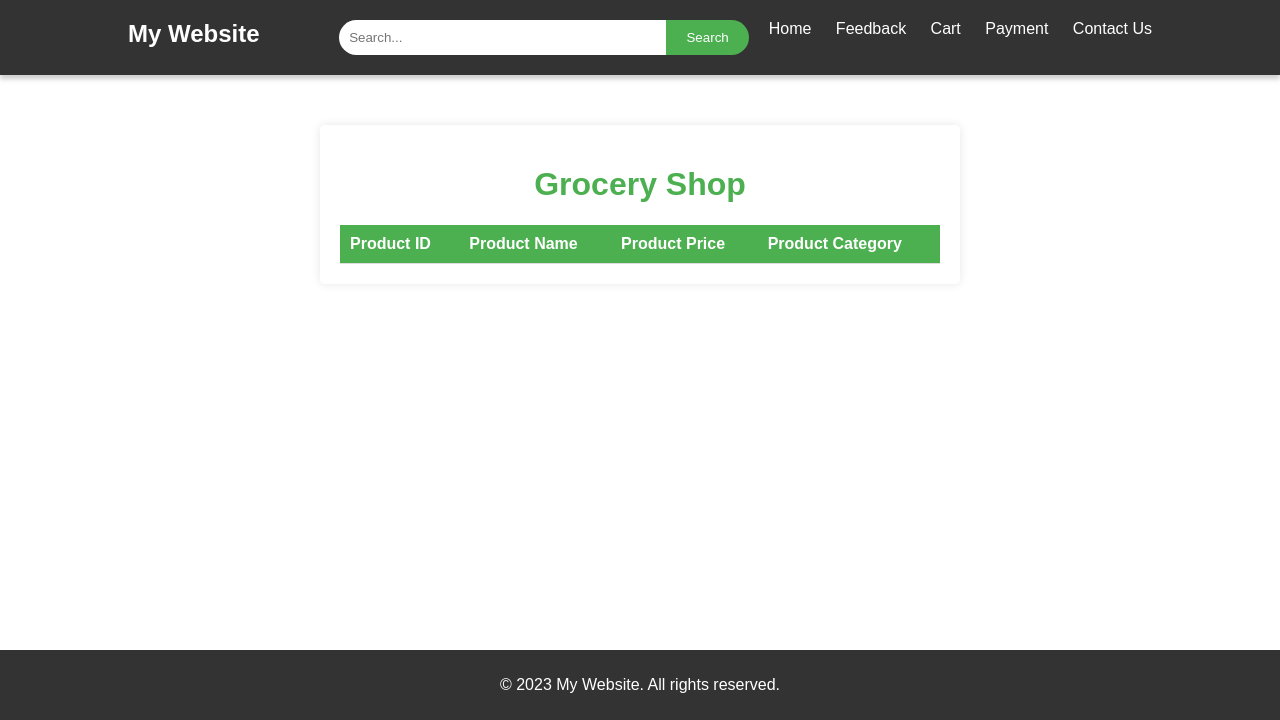
Repository: UrinduYatawakaa/OOP_project
Page: http://localhost/ProductDemo/categoryServlet
These files come from the project's save history. The page is drawn as it stood at one moment and after the next save; the edit follows.
The browser window is 1280 px wide. The pictures show the whole page.
The page is served by Tomcat 9. Other server files are loaded and not shown. Queries for data that is not in the repository find no rows.

Above is the page before, as saved 2023-10-23 22:07:47.

### oop project/ProductDemo/src/main/webapp/category.jsp
<%@ page language="java" contentType="text/html; charset=ISO-8859-1"
    pageEncoding="ISO-8859-1"%>
    <%@taglib prefix="c" uri="http://java.sun.com/jsp/jstl/core"%>

<!DOCTYPE html>
<html lang="en">

<head>
    <meta charset="UTF-8">
    <meta name="viewport" content="width=device-width, initial-scale=1.0">
    <link rel="stylesheet" href="css/stylesheader.css" type="text/css">
    <link rel="stylesheet" href="css/category.css" type="text/css">
    <title>Simple Grocery Cart</title>
</head>
<header>
    <div class="container">
        <h1>My Website</h1>
        <nav>
            <ul>
                <li><a href="#">Home</a></li>
                <li><a href="#">Feedback</a></li>
                <li><a href="#">Cart</a></li>
                <li><a href="#">Payment</a></li>
                <li><a href="#">Contact Us</a></li>
            </ul>
        </nav>
        <div class="search-bar">
            <form action="log" method="post">
                <input type="text" name="ProductName" placeholder="Search...">
                <input type="submit" name="submit" value="Search">
            </form>
        </div>

    </div>
</header>

<body>
    <div class="container2">
        <h1>Grocery Shop</h1>
        <table class="cart">
            <thead>
                <tr>
                    <th>Product ID</th>
                    <th>Product Name</th>
                    <th>Product Price</th>
                    <th>Product Category</th>
                </tr>
            </thead>
            <c:forEach var="product" items = "${productDetails}" >

            <c:set var="id" value="${product.id}"/>
            <c:set var="name" value="${product.name}"/>
            <c:set var="price" value="${product.price}"/>
            <c:set var="category" value="${product.category}"/>

            <tbody>
                <tr>
                    <td>${product.id}</td>
                    <td>${product.name}</td>
                    <td>${product.price}</td>
                    <td>${product.category}</td>
                </tr>

        </c:forEach>
        </tbody>

        </table>
    </div>
</body>
    <footer>
        <div class="container">
            <p>&copy; 2023 My Website. All rights reserved.</p>
        </div>
    </footer>


</html>

### oop project/ProductDemo/src/main/java/com/product/categoryServlet.java
package com.product;

import java.io.IOException;
import java.util.List;

import javax.servlet.RequestDispatcher;
import javax.servlet.ServletException;
import javax.servlet.annotation.WebServlet;
import javax.servlet.http.HttpServlet;
import javax.servlet.http.HttpServletRequest;
import javax.servlet.http.HttpServletResponse;

@WebServlet("/categoryServlet")
public class categoryServlet extends HttpServlet {
	private static final long serialVersionUID = 1L;

	protected void doGet(HttpServletRequest request, HttpServletResponse response) throws ServletException, IOException {
		String category = request.getParameter("category");

		List<Product> productDetails = ProductDBUtil.getCategory(category);
			request.setAttribute("productDetails", productDetails);

			RequestDispatcher dis = request.getRequestDispatcher("category.jsp");
			dis.forward(request, response);



	}
}

### oop project/ProductDemo/src/main/java/com/product/ProductDBUtil.java
package com.product;
import java.sql.Connection;
import java.sql.DriverManager;
import java.sql.PreparedStatement;
import java.sql.ResultSet;
import java.sql.Statement;
import java.util.ArrayList;
import java.util.List;


public class ProductDBUtil {

	private static boolean isSuccess;
	private static Connection con = null;
	private static Statement stmt = null;
	private static ResultSet rs = null;

	public static List<Product> getProduct (String name){

		ArrayList<Product> product = new ArrayList<>();



		try {
			//String sql = "select * from product_details where product_name='%''"+name+"''%'";
			con = DBConnect.getConnction();
			stmt = con.createStatement();
			String sql = "SELECT * FROM product_details WHERE product_name LIKE '%" + name + "%'";
			rs = stmt.executeQuery(sql);

			if(rs.next()) {
				int id = rs.getInt(1);
				String productName = rs.getString(2);
				double price = rs.getDouble(3);
				String category = rs.getString(4);

				Product p = new Product(id,productName,price,category);
				product.add(p);
			}

		} catch (Exception e) {
			e.printStackTrace();
		}



		return product;

	}

	public static boolean InsertProduct(String name, String price, String category) {

		boolean isSuccess = false;


		try {
			con = DBConnect.getConnction();
			stmt = con.createStatement();
            double Price = Double.parseDouble(price); // Convert the String to a double

			String sql = "insert into product_details values (0,'"+name+"','"+Price+"','"+category+"')";
			int rs = stmt.executeUpdate(sql); //update to query

			if(rs>0) {
				isSuccess = true;
			} else {
				isSuccess = false;
			}

		} catch (Exception e) {
			e.printStackTrace();
		}


		return isSuccess;
	}

	public static boolean updateProduct(String id, String name, String price, String category) {

		try {
			con = DBConnect.getConnction();
			stmt = con.createStatement();

			double Price = Double.parseDouble(price);

			String sql = "update product_details set product_name='"+name+"', product_price='"+Price+"', product_category='"+category+"' where idproduct_details='"+id+"'";
			int rs = stmt.executeUpdate(sql);

			if(rs > 0) {
				isSuccess = true;
			} else {
				isSuccess = false;
			}

		} catch (Exception e) {
			e.printStackTrace();
		}

		return isSuccess;
	}

	public static List<Product> getProdcutDetails(String id){

		int convertID = Integer.parseInt(id);

		ArrayList<Product> product = new ArrayList<>();

		try {

			con = DBConnect.getConnction();
			stmt = con.createStatement();
			String sql = "SELECT * FROM product_details WHERE idproduct_details='" + convertID + "'";
			rs = stmt.executeQuery(sql);

			while(rs.next()) {
				int ID = rs.getInt(1);
				String productName = rs.getString(2);
				double price = rs.getDouble(3);
				String category = rs.getString(4);

				Product p = new Product(ID,productName,price,category);
				product.add(p);
			}


		} catch (Exception e) {
			e.printStackTrace();
		}

		return product;
	}

	//
	public static List<Product> getCategory(String category){


		ArrayList<Product> product = new ArrayList<>();

		try {

			con = DBConnect.getConnction();
			stmt = con.createStatement();
			String sql = "SELECT * FROM product_details WHERE product_category='" + category + "'";
			rs = stmt.executeQuery(sql);

			while(rs.next()) {
				int ID = rs.getInt(1);
				String productName = rs.getString(2);
				double price = rs.getDouble(3);
				String categoryy = rs.getString(4);

				Product p = new Product(ID,productName,price,categoryy);
				product.add(p);
			}


		} catch (Exception e) {
			e.printStackTrace();
		}

		return product;
	}



}

### oop project/ProductDemo/src/main/java/com/product/DBConnect.java
package com.product;

import java.sql.Connection;
import java.sql.DriverManager;

public class DBConnect {

	private static String url = "jdbc:mysql://localhost:3306/product";
	private static String user = "root";
	private static String password = "1234";
	private static Connection con;

	public static Connection getConnction() {

		try {
			Class.forName("com.mysql.jdbc.Driver");

			con = DriverManager.getConnection(url, user, password);

		} catch (Exception e) {
			System.out.println("Database connection failed!");
		}

		return con;

	}

}

### oop project/ProductDemo/src/main/webapp/css/stylesheader.css
@charset "ISO-8859-1";

body {
    font-family: Arial, sans-serif;
    margin: 0;
    padding: 0;
    background-color: #f4f4f4;
}

.container {
    width: 80%;
    margin: 0 auto;
    overflow: hidden;
}

header {
    background-color: #333;
    color: #fff;
    padding: 20px 0;
    box-shadow: 0px 4px 5px 0px rgba(0, 0, 0, 0.2);
}

header h1 {
    float: left;
    margin: 0;
    font-size: 24px;
}

header h1 span {
    color: #4CAF50;
}

nav ul {
    float: right;
    list-style: none;
    margin: 0;
    padding: 0;
}

nav ul li {
    display: inline;
    margin-left: 20px;
}

nav ul li a {
    color: #fff;
    text-decoration: none;
    transition: color 0.3s;
}

nav ul li a:hover {
    color: #4CAF50;
}

.search-bar{
    width: 40%;
    border-left: 10px;
    float:right;
}
.search-bar form {
    display: flex;
}

.search-bar input[type="text"] {
    padding: 10px;
    border: none;
    border-radius: 20px 0 0 20px;
    margin-right: 0;
    flex: 1;
}

.search-bar input[type="submit"] {
    padding: 10px 20px;
    background-color: #4CAF50;
    color: #fff;
    border: none;
    border-radius: 0 20px 20px 0;
    cursor: pointer;
    transition: background-color 0.3s;
}

.search-bar input[type="submit"]:hover {
    background-color: #45a049;
}

footer {
    background-color: #333;
    color: #fff;
    text-align: center;
    padding: 10px 0;
    position: fixed;
    bottom: 0;
    width: 100%;
}

### oop project/ProductDemo/src/main/webapp/css/category.css
@charset "ISO-8859-1";

body {
    font-family: Arial, sans-serif;
    background-color: #fff;
    color: #333;
    margin: 0;
    padding: 0;
}

.container2 {
    max-width: 600px;
    margin: 0 auto;
    padding: 20px;
    background-color: #fff;
    box-shadow: 0 0 10px rgba(0, 0, 0, 0.1);
    border-radius: 5px;
    margin-top: 50px;
}

.container2 h1 {
    text-align: center;
    color: #4CAF50;
}

.cart {
    width: 100%;
    margin-top: 20px;
    border-collapse: collapse;
}

.cart th, .cart td {
    padding: 10px;
    text-align: left;
    border-bottom: 1px solid #ddd;
}

.cart th {
    background-color: #4CAF50;
    color: #fff;
}

.cart tbody tr:hover {
    background-color: #f5f5f5;
}

After the next save:
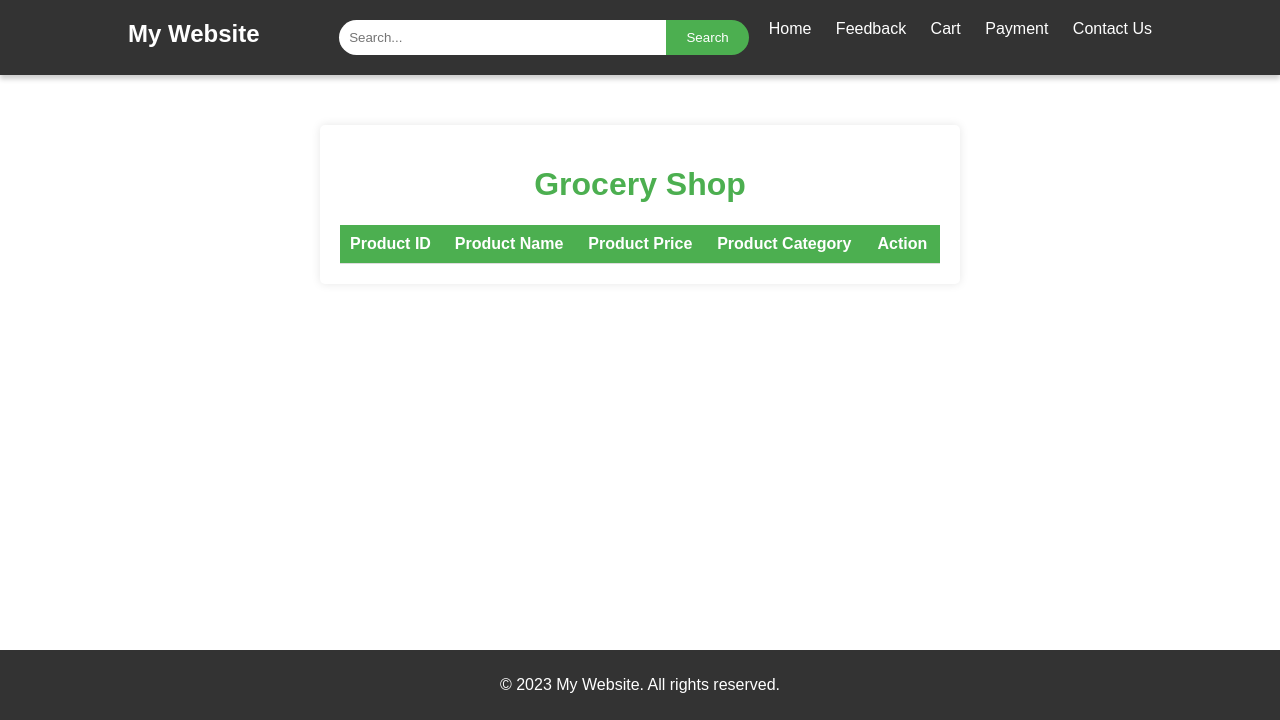
Saved 10 min 28 s later.
--- a/oop project/ProductDemo/src/main/webapp/category.jsp
+++ b/oop project/ProductDemo/src/main/webapp/category.jsp
@@ -44,6 +44,7 @@
                     <th>Product Name</th>
                     <th>Product Price</th>
                     <th>Product Category</th>
+                    <th>Action</th>
                 </tr>
             </thead>
             <c:forEach var="product" items = "${productDetails}" >
@@ -59,6 +60,7 @@
                     <td>${product.name}</td>
                     <td>${product.price}</td>
                     <td>${product.category}</td>
+                    <td><a href="#" class="add-to-cart-button">Add to Cart</a></td>
                 </tr>
 
         </c:forEach>
